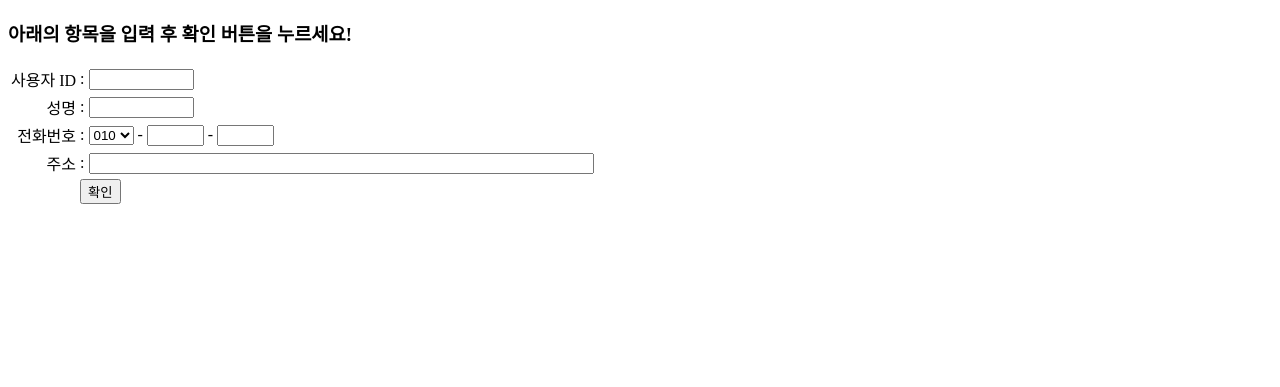
Repository: HyeogDo/Study_Java
Page: http://localhost/Quiz_04/insertLogin.jsp
An editor plug-in stored every save of this project. The page is shown before and after the next save, followed by the edit.
The browser window is 1280 px wide. The pictures show the whole page.
The page is served by Tomcat 9.

Above is the page before, as saved 2022-03-22 03:33:31.

### Servlets/Quiz_04/src/main/webapp/insertLogin.jsp
<%@ page language="java" contentType="text/html; charset=UTF-8"
    pageEncoding="UTF-8"%>
<!DOCTYPE html>
<html>
	<head>
		<meta charset="UTF-8">
		<title>Insert title here</title>
	</head>
	<script type="text/javascript">
		function loginCheck() {
			var f = document.formLogin
			var regExpId = /^[a-z|A-Z|ㄱ-ㅎ|ㅏ-ㅣ|가-힣]/
			var regExpPhone = /^\d{3}-\d{3,4}-\d{4}$/
			var regExpName = /^[가-힣]*$/

			var id = f.userId.value
			if (id == ""){
				alert("아이디를 입력해 주세요")
				f.userId.select();
				return
			} else if (!regExpId.test(id)){
				alert("아이디는 문자로 시작해 주세요")
				f.userId.select();
				return
			}

			var name = f.userName.value
			if (name == ""){
				alert("이름을 입력해 주세요")
				f.userName.select();
				return
			}else if (!regExpName.test(name)){
				alert("이름은 한글만 입력해주세요")
				f.userName.select();
				return
			}

			var phone = f.phone1.value + "-" + f.phone2.value + "-" + f.phone3.value
			if (!regExpPhone.test(phone)){
				alert("연락처 입력을 확인해 주세요")
				f.phone2.select();
				return
			}

			var address = f.userAddress.value
			if (address == ""){
				alert("주소를 입력해 주세요")
				f.userAddress.select();
				return
			}
			f.submit()

		}
	</script>
	<body>
		<h3><b>아래의 항목을 입력 후 확인 버튼을 누르세요!</b></h3>
		<form action="todbLogin.jsp" method="post" name="formLogin">
			<table>
				<tr>
					<td align="right">사용자 ID</td>
					<td> : <input type="text" name="userId" size="10"></td>
				</tr>
				<tr>
					<td align="right">성명</td>
					<td> : <input type="text" name="userName" size="10"></td>
				</tr>
				<tr>
					<td align="right">전화번호</td>
					<td> : <select name="phone1">
								<option value="010">010</option>
								<option value="011">011</option>
								<option value="016">016</option>
								<option value="017">017</option>
								<option value="018">018</option>
								<option value="019">019</option>
							</select>
							- <input type="text" maxlength="4" size="4" name="phone2">
							- <input type="text" maxlength="4" size="4" name="phone3">
					</td>
				</tr>
				<tr>
					<td align="right">주소</td>
					<td> : <input type="text" name="userAddress" size="60"></td>
				</tr>
				<tr>
					<td></td>
					<td><input type="button" value="확인" onclick="loginCheck()"></td>
				</tr>
			</table>

		</form>
	</body>
</html>

After the next save:
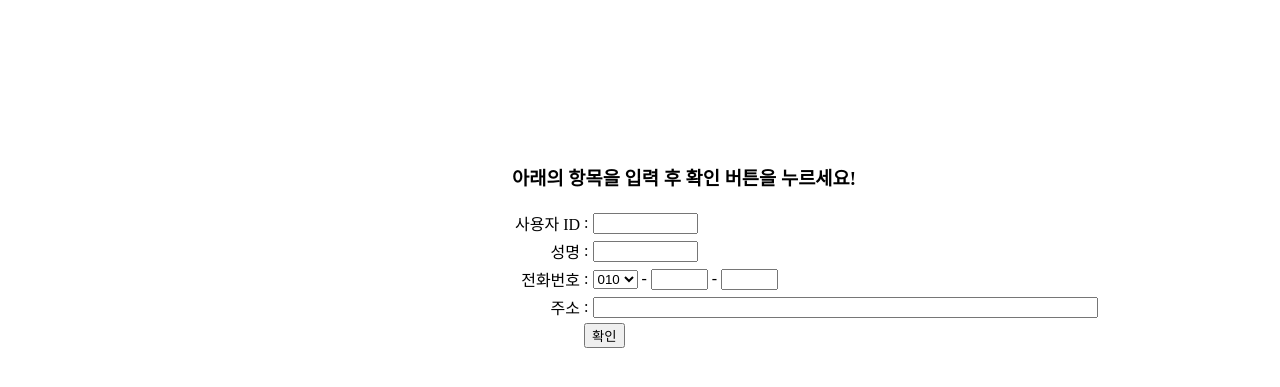
Saved 2 min 21 s later.
--- a/Servlets/Quiz_04/src/main/webapp/insertLogin.jsp
+++ b/Servlets/Quiz_04/src/main/webapp/insertLogin.jsp
@@ -53,6 +53,7 @@
 		}
 	</script>
 	<body>
+	<div style="position: absolute; left: 40%; top: 20%;">
 		<h3><b>아래의 항목을 입력 후 확인 버튼을 누르세요!</b></h3>
 		<form action="todbLogin.jsp" method="post" name="formLogin">
 			<table>
@@ -89,5 +90,6 @@
 			</table>
 
 		</form>
+		</div>
 	</body>
 </html>
